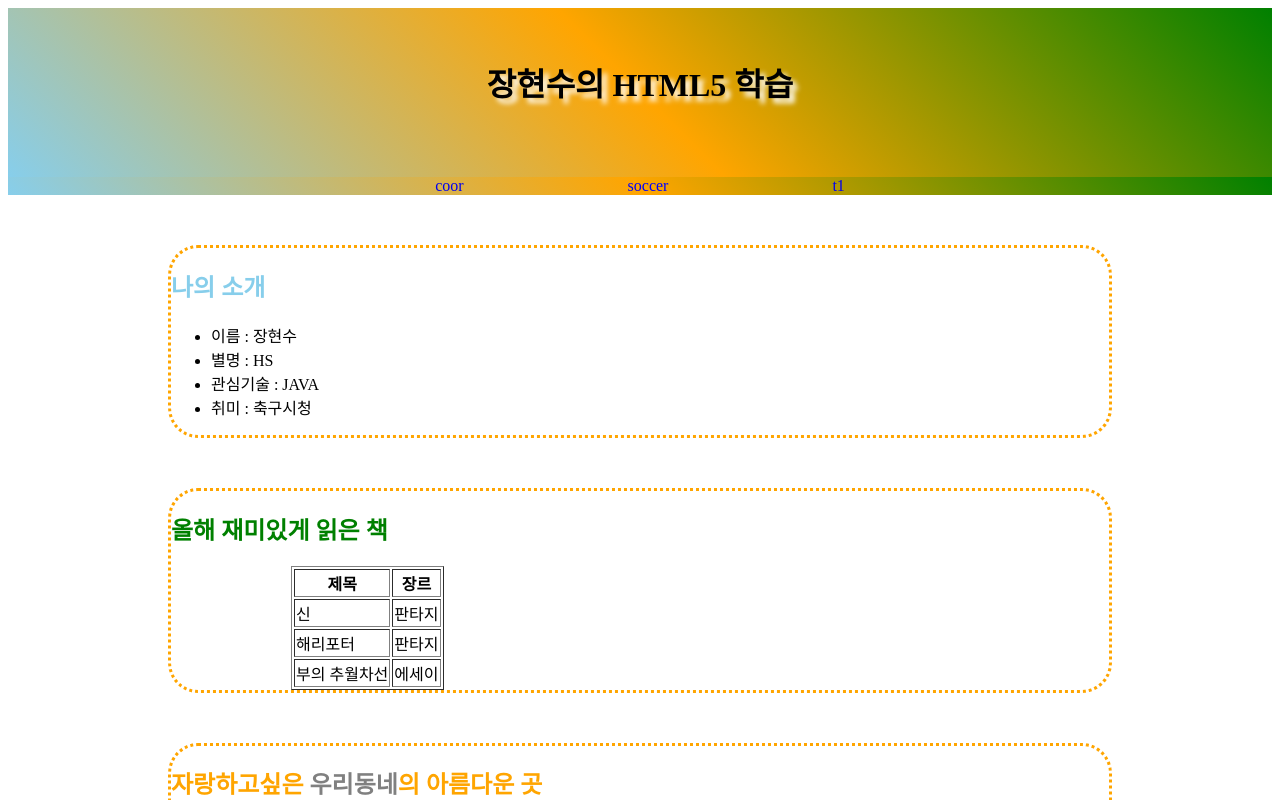
Repository: jhsnex123/web_study
Page: edu/src/main/webapp/cssexam/homework2.html
An editor plug-in stored every save of this project. The page is shown before and after the next save, followed by the edit.
The browser window is 1280 px wide. The pictures show the part of the page from y = 0 to 800 px (the page is 1581 px tall before and 1591 px after).
A picture or video elsewhere on the page could not be fetched, so the positions and the page height are approximate.

Above is the page before, as saved 2024-09-19 08:54:34.

After the next save:
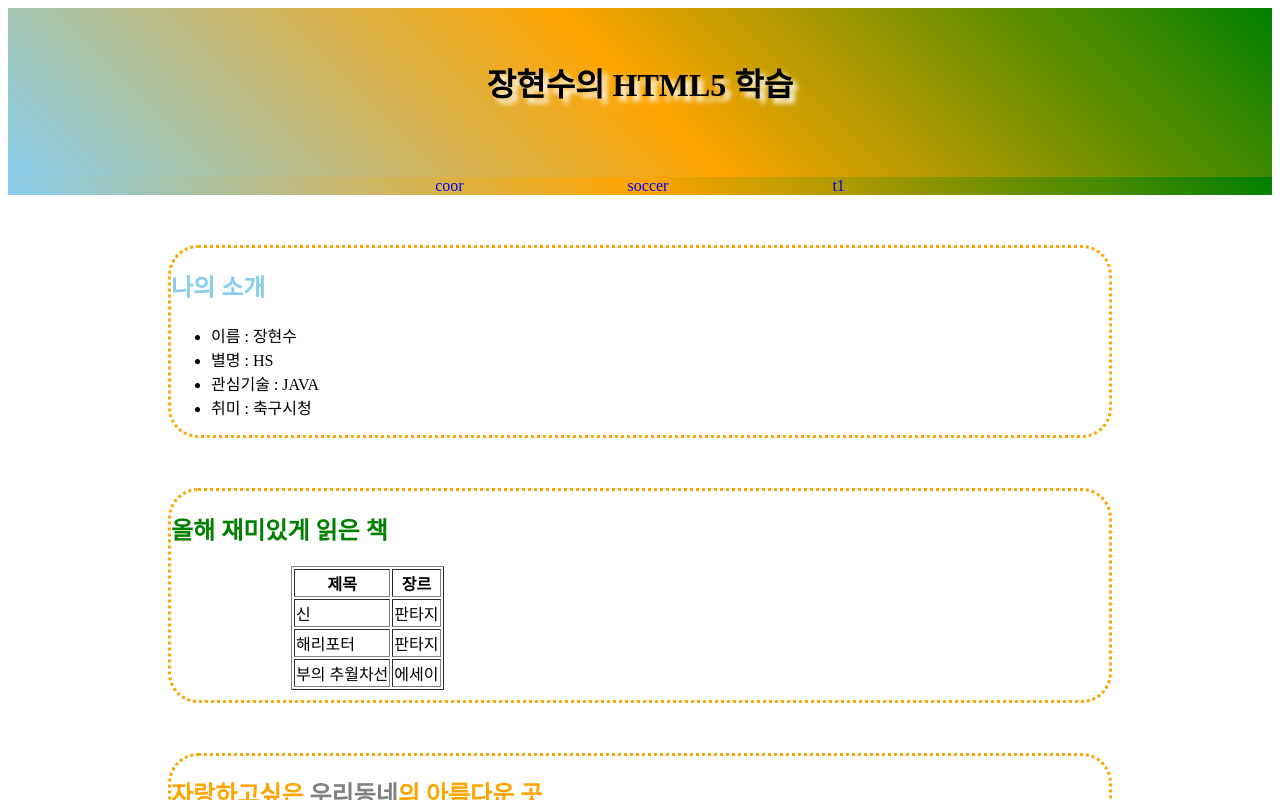
Saved 72 s later.
--- a/edu/src/main/webapp/cssexam/homework2.html
+++ b/edu/src/main/webapp/cssexam/homework2.html
@@ -52,7 +52,7 @@ border-radius : 30px;
 table,td,th{
 margin-left: 120px;
 margin-right: 120px;
-
+margin-bottom: 10px;
 }
 
 
